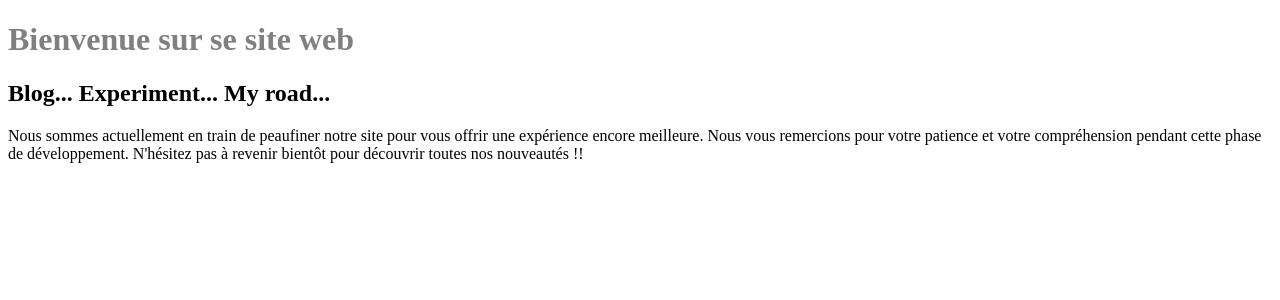
Repository: ValetteEvan/PersonalWebApp
Page: index.html
An editor plug-in stored every save of this project. The page is shown before and after the next save, followed by the edit.
The browser window is 1280 px wide. The pictures show the whole page.

Above is the page before, as saved 2025-01-07 17:39:20.

### index.html
<!DOCTYPE html>
<html>

    <head>
        <meta charset="utf-8" />
        <title>Valette Evan</title>
        <link href="style.css" rel="stylesheet">
    </head>

    <body>
        <div class="webGlobal">
            <h1>Bienvenue sur se site web</h1>
            <h2>Blog... Experiment... My road...</h2>
                <p class="firstParagraph">Nous sommes actuellement en train de peaufiner notre site pour
                 vous offrir une expérience encore meilleure. Nous vous remercions
                 pour votre patience et votre compréhension pendant cette phase de
                 développement. N'hésitez pas à revenir bientôt pour découvrir toutes nos nouveautés !!
                </p>
        </div>
    </body>
</html>

### style.css
h1 {
    color: gray;
}
.webGlobal{
    size: 1500px;
}

After the next save:
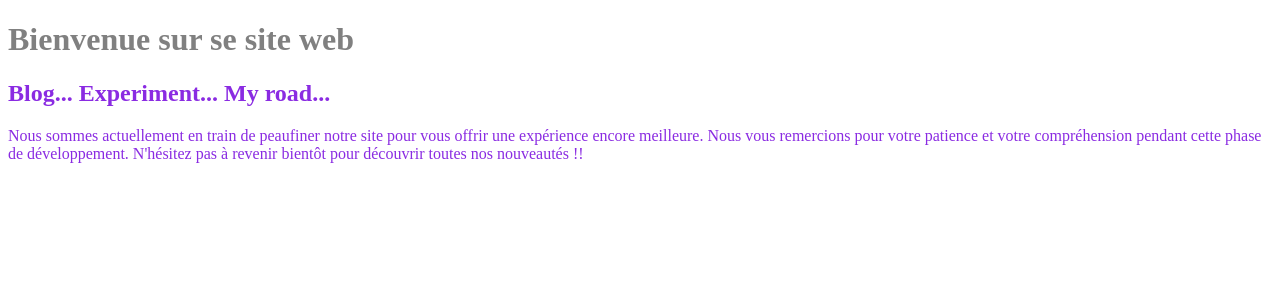
Saved 11 s later.
--- a/style.css
+++ b/style.css
@@ -2,5 +2,6 @@ h1 {
     color: gray;
 }
 .webGlobal{
+    color: blueviolet;
     size: 1500px;
 }
